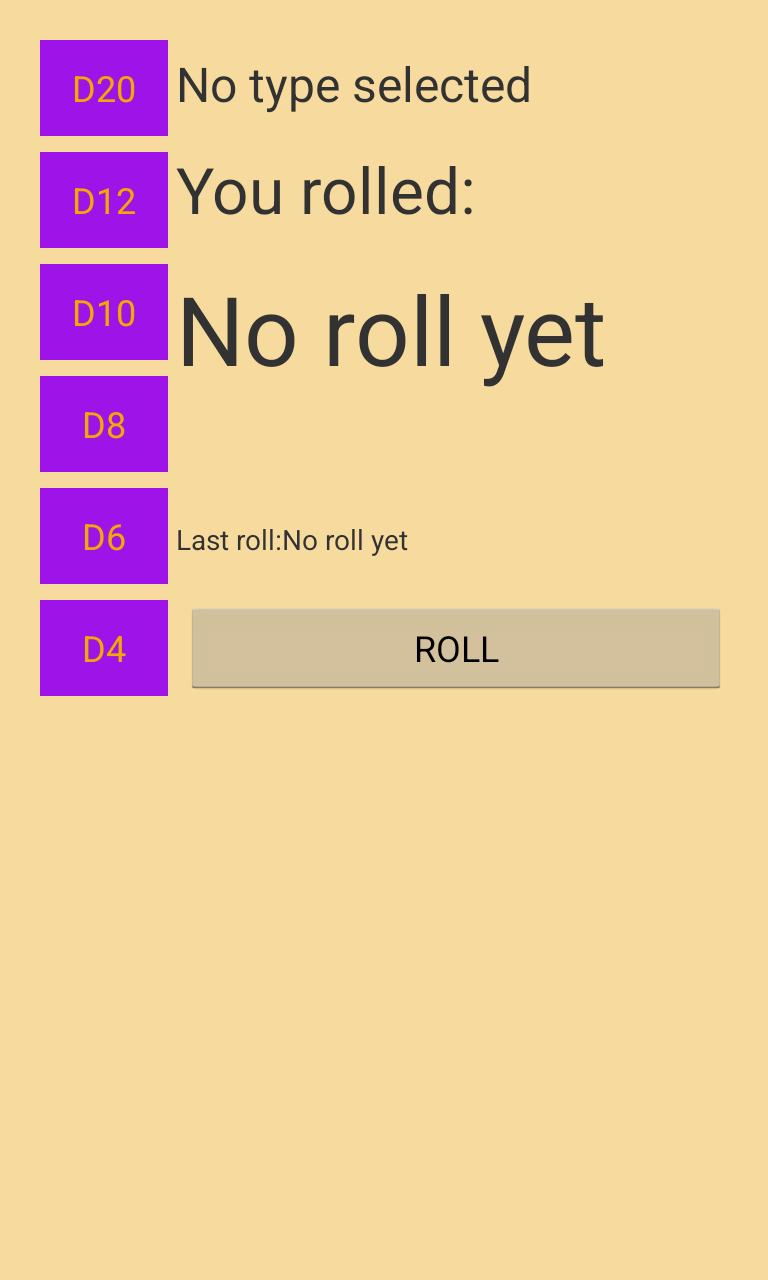
Repository: Bjodol/Roller
Layout: Roller3/res/layout/activity_main.xml
These files come from the project's save history. The layout is drawn as it stood at one moment and after the next save; the edit follows.
It is drawn on a 768 x 1280 px phone screen (xhdpi) without system bars, with theme AppTheme; the app's code is not run. The app's manifest (not shown) leaves right-to-left support off. So textAlignment, textDirection and layoutDirection are ignored, and left and right values win over start and end ones.

Above is the layout before, as saved 2013-08-31 08:44:11.

After the next save:
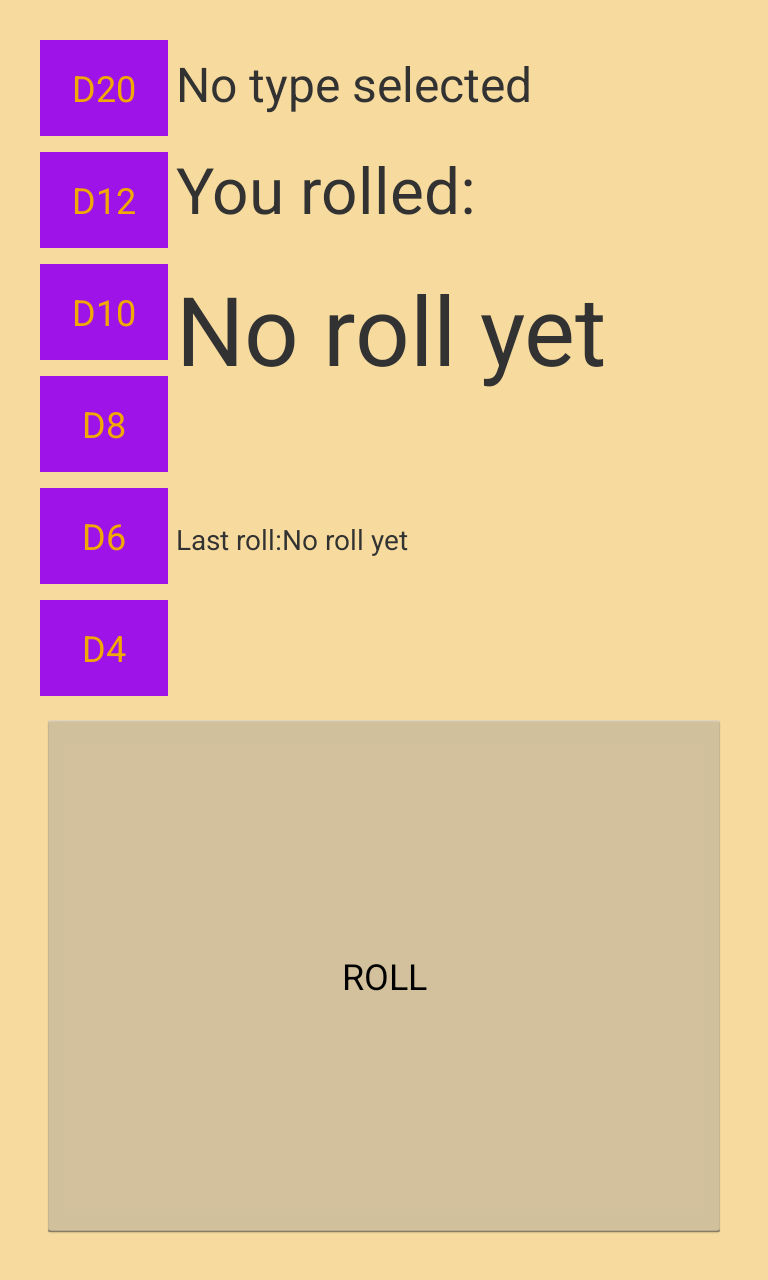
Saved 2 min 6 s later.
--- a/Roller3/res/layout/activity_main.xml
+++ b/Roller3/res/layout/activity_main.xml
@@ -79,9 +79,8 @@
         android:layout_margin="4dp"
         android:layout_width="match_parent"
         android:layout_height="wrap_content"
-        android:layout_alignBaseline="@+id/d4"
-        android:layout_alignBottom="@+id/d4"
-        android:layout_alignLeft="@+id/last_roll_text"
+        android:layout_below="@+id/d4"
+        android:layout_alignParentBottom="true"
         android:onClick="roll"
         android:text="@string/roll" />
 
